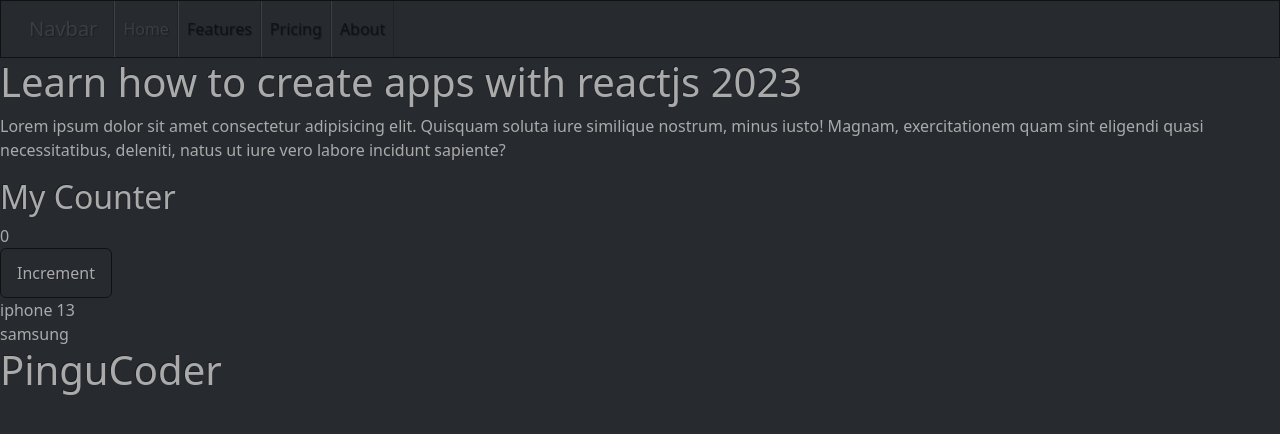
Repository: chanwarichawki/React-BC
Page: /
These files come from the project's save history. The page is drawn as it stood at one moment and after the next save; the edit follows.
The browser window is 1280 px wide. The pictures show the whole page.
Some web libraries are served in a nearby version. The project was rebuilt for these pictures with package versions that can differ from the ones it lists, and the page was loaded fresh each time. Also part of the build but not shown: vite.config.js.

Above is the page before, as saved 2024-01-15 17:01:34.

### src/App.jsx
// import Article from "./components/Article";
// import Header from "./components/Header";
import NavBar from "./components/NavBar";
import Products from "./components/Products";

function App() {
  return (
    <>
    <NavBar />
    <Products />
    <h1>PinguCoder</h1>
    </>
  )
}

export default App

### src/index.css
@import "/node_modules/bootswatch/dist/slate/bootstrap.min.css"

### src/components/NavBar.jsx

function NavBar() {
  return (
    <nav className="navbar navbar-expand-lg bg-dark" data-bs-theme="dark">
  <div className="container-fluid">
    <a className="navbar-brand" href="dd">Navbar</a>
    <button className="navbar-toggler" type="button" data-bs-toggle="collapse" data-bs-target="#navbarColor02" aria-controls="navbarColor02" aria-expanded="false" aria-label="Toggle navigation">
      <span className="navbar-toggler-icon"></span>
    </button>
    <div className="collapse navbar-collapse" id="navbarColor02">
      <ul className="navbar-nav me-auto">
        <li className="nav-item">
          <a className="nav-link active" href="dd">Home
            <span className="visually-hidden">(current)</span>
          </a>
        </li>
        <li className="nav-item">
          <a className="nav-link" href="dd">Features</a>
        </li>
        <li className="nav-item">
          <a className="nav-link" href="dd">Pricing</a>
        </li>
        <li className="nav-item">
          <a className="nav-link" href="dd">About</a>
        </li>
      </ul>
    </div>
  </div>
</nav>
  )
}

export default NavBar

### src/components/Products.jsx
import Counter from "./Counter";

function Products() {

  let title = "Learn how to create apps with reactjs 2023"
  let showList = true;
  let products = [
    {
      id: 1,
      label: "iphone 13",
      price: 2900
    },
    {
      id: 2,
      label: "samsung",
      price: 1200
    }
  ]
  return (
    <div>
      <h1>{title}</h1>
      <p>Lorem ipsum dolor sit amet consectetur adipisicing elit. Quisquam soluta iure similique nostrum, minus iusto! Magnam, exercitationem quam sint eligendi quasi necessitatibus, deleniti, natus ut iure vero labore incidunt sapiente?</p>

      <Counter />

      {/* {showList ? "show list of product" : "none"} */}

      {showList ? (

        <div>
        {products.map((product, index) => (
          <div key={index}>{product.label}</div>
        ))}
        </div>
      )
      : ("none")
      }

    </div>
  )
}

export default Products

### src/components/Counter.jsx
import { useState } from "react";

function Counter() {

  let [count, setCount]=useState(0)

  const increment = () => {

    setCount((prev) => {
    console.log(prev)
    return setCount(count + 1);
    });
    console.log("salam", count)
  }

  return (
    <>
    <h2>My Counter</h2>
    <div>{count}</div>
    <button onClick={increment} className="btn btn -success">Increment</button>
    </>
  )
}

export default Counter

Loaded but not shown: index.html (common file); src/main.jsx (common file)

After the next save:
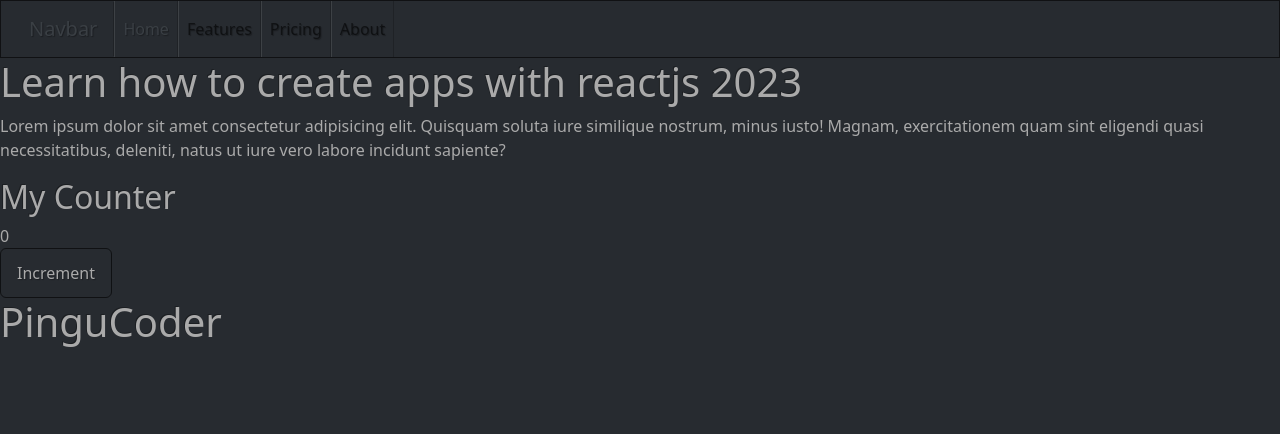
Saved 21 s later.
--- a/src/components/Products.jsx
+++ b/src/components/Products.jsx
@@ -29,7 +29,9 @@ function Products() {
 
         <div>
         {products.map((product, index) => (
-          <div key={index}>{product.label}</div>
+          <div key={index}>
+
+          </div>
         ))}
         </div>
       )
